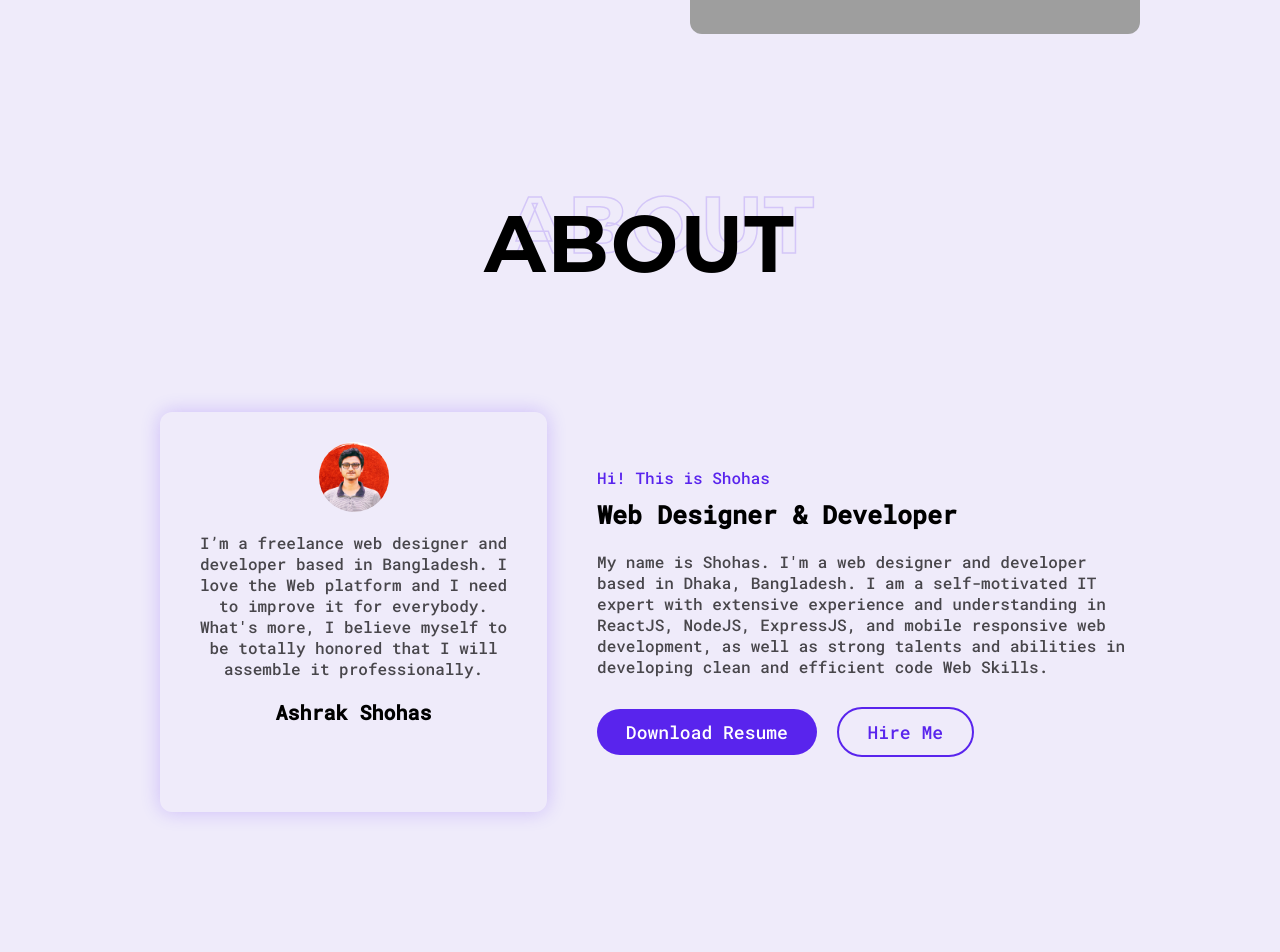
Repository: AshrakShohas/AshrakShohas.github.io
Page: index.html
These files come from the project's save history. The page is drawn as it stood at one moment and after a run of saves; the edit follows.
The browser window is 1280 px wide. The pictures show the part of the page from y = 675 to 1627 px (the page is 7687 px tall).
Pictures or frames that could not be fetched are drawn as grey boxes. A picture or video elsewhere on the page could not be fetched, so the positions and the page height are approximate.

Above is the page before, as saved 2022-02-25 16:41:40.

### index.html
<!DOCTYPE html>
<html lang="en">

<head>
  <meta charset="UTF-8">
  <meta name="viewport" content="width=device-width, initial-scale=1.0">
  <title>Shohas - Portfolio</title>
  <link rel="shortcut icon" href="./image/favicon.ico" type="image/x-icon">
  <link rel="stylesheet" href="style.css">
</head>

<body>
  <!-- Scroll Top Button -->
  <div class="scroll-top">
    <svg xmlns="http://www.w3.org/2000/svg" fill="none" viewBox="0 0 24 24" stroke="currentColor">
      <path stroke-linecap="round" stroke-linejoin="round" stroke-width="2" d="M8 7l4-4m0 0l4 4m-4-4v18" />
    </svg>
  </div>
  <!-- Navigation -->
  <section id="navigation">
    <div class="nav-icon">
      <svg xmlns="http://www.w3.org/2000/svg" fill="none" viewBox="0 0 24 24" stroke="currentColor">
        <path stroke-linecap="round" stroke-linejoin="round" stroke-width="1" d="M4 6h16M4 12h16M4 18h16" />
      </svg>
    </div>
  </section>
  <div id="nav-content">
    <div class="close-btn">
      <svg xmlns="http://www.w3.org/2000/svg" fill="none" viewBox="0 0 24 24" stroke="currentColor">
        <path stroke-linecap="round" stroke-linejoin="round" stroke-width="2" d="M6 18L18 6M6 6l12 12" />
      </svg>
    </div>
    <div class="wrapper">
      <h2 class="section-heading">Menu</h2>
      <nav>
        <ul>
          <li><a data-text="Home" href="./index.html#hero">Home</a></li>
          <li><a data-text="About" href="./index.html#about">About</a></li>
          <li><a data-text="Projects" href="./index.html#projects">Projects</a></li>
          <li><a data-text="Testimonial" href="./index.html#testimonial">Testimonial</a></li>
          <li><a data-text="Contact" href="./contact.html">Contact</a></li>
        </ul>
      </nav>
    </div>
  </div>

  <!-- Hero section -->
  <section id="hero">
    <div class="container">
      <div class="left">
        <p class="subheading">I'm Shohas</p>
        <h2 class="heading">
          <div class="wrapper"><span>Keep</span></div>
          <div class="wrapper"><span>Moving</span></div>
          <div class="wrapper"><span>Forward</span></div>
        </h2>
        <p class="desc">Let us take you into a deeper experience, make a moment a lasting conveyable memory. Let us help
          build your tribe.</p>
        <div class="buttons">
          <a href="#projects" class="primary-btn">See My Works</a>
          <a href="#">
            <svg xmlns="http://www.w3.org/2000/svg" fill="none" viewBox="0 0 24 24" stroke="currentColor">
              <path stroke-linecap="round" stroke-linejoin="round" stroke-width="1"
                d="M14.752 11.168l-3.197-2.132A1 1 0 0010 9.87v4.263a1 1 0 001.555.832l3.197-2.132a1 1 0 000-1.664z" />
              <path stroke-linecap="round" stroke-linejoin="round" stroke-width="1"
                d="M21 12a9 9 0 11-18 0 9 9 0 0118 0z" />
            </svg>
          </a>
        </div>
      </div>
      <div class="right">
        <img src="./image/Untitled design (9).png" alt="">
      </div>
    </div>
  </section>

  <!-- About -->
  <section id="about">
    <div class="container">
      <h2 class="section-heading" data-outline="about">About</h2>
      <div class="wrapper">
        <div class="left">
          <div class="card">
            <div class="img">
              <img src="./image/profile.jpg" alt="">
            </div>
            <p class="card-desc">I’m a freelance web designer and developer based in Bangladesh. I love the Web platform
              and I need to improve it for
              everybody. What's more, I believe myself to be totally honored that I will assemble it professionally.</p>
            <h3 class="card-name">Ashrak Shohas</h3>
            <p class="card-sub-title"></p>
          </div>
        </div>
        <div class="right">
          <p class="subheading">Hi! This is Shohas</p>
          <h2 class="slogan">Web Designer & Developer</h2>
          <p class="right-text">My name is Shohas. I'm a web designer and developer based in Dhaka, Bangladesh.

            I am a self-motivated IT expert with extensive experience and understanding in ReactJS, NodeJS, ExpressJS,
            and mobile responsive web development, as well as strong talents and abilities in developing clean and
            efficient code Web Skills.
          </p>
          <div class="buttons">
            <a href="./resume.pdf" class="primary-btn" download="">Download Resume</a>
            <a href="./contact.html" class="primary-btn outline">Hire Me</a>
          </div>
        </div>
      </div>
    </div>
  </section>

  <!-- projects -->
  <section id="projects">
    <div class="container">
      <h2 class="section-heading" data-outline="Projects">Projects</h2>
      <div class="all-items">
        <div class="item">
          <div class="left">
            <div class="img">
              <img src="./image/project-1.png" alt="">
            </div>
          </div>
          <div class="right">
            <h2 class="project-title">Bike-Store</h2>
            <h3 class="project-sub-title">Responsive MERN Stack app</h3>
            <p class="project-desc">Technology Used: React, Tailwind CSS, Firebase Hosting, CSS, Nodejs, Express Js,
              MongoDB, Heroku.
              Implemented Authentication System with Firebase. Dashboard and CRUD operation.</p>
            <div class="buttons">
              <a href="https://github.com/AshrakShohas/Bike-store-MERN-stack-App-server-side-" class="primary-btn">Know
                More</a>
              <a href="https://bikestore-9e033.web.app/" class="primary-btn outline external-link"> <span>Preview</span>
                <svg xmlns="http://www.w3.org/2000/svg" fill="none" viewBox="0 0 24 24" stroke="currentColor">
                  <path stroke-linecap="round" stroke-linejoin="round" stroke-width="2"
                    d="M10 6H6a2 2 0 00-2 2v10a2 2 0 002 2h10a2 2 0 002-2v-4M14 4h6m0 0v6m0-6L10 14" />
                </svg>
              </a>
            </div>

          </div>
        </div>
        <div class="item">
          <div class="left">
            <div class="img">
              <img src="./image/project-3.png" alt="">
            </div>
          </div>
          <div class="right">
            <h2 class="project-title">Travel Agency
            </h2>
            <h3 class="project-sub-title">Fully Responsive for mobile, tablet, and desktop version.
            </h3>
            <p class="project-desc">Implemented user dashboard and CRUD operation.
              Technology Used: React, React Bootstrap, React Router, React Spinners, Firebase, Heroku, Firebase, CSS.
            </p>
            <div class="buttons">
              <a href="https://github.com/AshrakShohas/Travel-agency-client-side-" class="primary-btn">Know More</a>
              <a href="https://travel-agency-bcd57.web.app/" class="primary-btn outline external-link">
                <span>Preview</span>
                <svg xmlns="http://www.w3.org/2000/svg" fill="none" viewBox="0 0 24 24" stroke="currentColor">
                  <path stroke-linecap="round" stroke-linejoin="round" stroke-width="2"
                    d="M10 6H6a2 2 0 00-2 2v10a2 2 0 002 2h10a2 2 0 002-2v-4M14 4h6m0 0v6m0-6L10 14" />
                </svg>
              </a>
            </div>
          </div>
        </div>
        <div class="item">
          <div class="left">
            <div class="img">
              <img src="./image/project-2.png" alt="">
            </div>
          </div>
          <div class="right">
            <h2 class="project-title">Health Care Website</h2>
            <h3 class="project-sub-title">Fully Responsive for mobile, tablet, and desktop versions.</h3>
            <p class="project-desc">Implemented two Authentication systems, email-password, and Google Sign-in.
              Technology Used: React, Tailwind CSS, React Router, CSS, Firebase Authentication, Firebase Hosting.</p>
            <div class="buttons">
              <a href="https://github.com/AshrakShohas/Healthcare-Website-" class="primary-btn">Know More</a>
              <a href="https://health-center-64a51.web.app/home" class="primary-btn outline external-link">
                <span>Preview</span>
                <svg xmlns="http://www.w3.org/2000/svg" fill="none" viewBox="0 0 24 24" stroke="currentColor">
                  <path stroke-linecap="round" stroke-linejoin="round" stroke-width="2"
                    d="M10 6H6a2 2 0 00-2 2v10a2 2 0 002 2h10a2 2 0 002-2v-4M14 4h6m0 0v6m0-6L10 14" />
                </svg>
              </a>
            </div>
          </div>
        </div>
      </div>
    </div>
  </section>


  <!-- services Section -->
  <section id="services">
    <div class="container">
      <h2 class="section-heading" data-outline="Services">Education</h2>
      <div class="all-items">
        <div class="item">
          <div class="icon">
            <!--             <svg xmlns="https://c.neh.tw/thumb/f/720/m2i8d3Z5G6b1Z5d3.jpg" fill="none" viewBox="0 0 24 24" stroke="currentColor">
              <path stroke-linecap="round" stroke-linejoin="round" stroke-width="1"
                d="M9.75 17L9 20l-1 1h8l-1-1-.75-3M3 13h18M5 17h14a2 2 0 002-2V5a2 2 0 00-2-2H5a2 2 0 00-2 2v10a2 2 0 002 2z" />
            </svg> -->
          </div>
          <h3 class="item-heading">Daffodil International University</h3>
          <p class="item-desc">B.sc. in Computer Science & Engineering|| May 2018 – Present || CGPA: 3.72 </p>
        </div>
        <div class="item">
          <div class="icon">
            <!--             <svg xmlns="http://www.w3.org/2000/svg" fill="none" viewBox="0 0 24 24" stroke="currentColor">
              <path stroke-linecap="round" stroke-linejoin="round" stroke-width="1"
                d="M19.428 15.428a2 2 0 00-1.022-.547l-2.387-.477a6 6 0 00-3.86.517l-.318.158a6 6 0 01-3.86.517L6.05 15.21a2 2 0 00-1.806.547M8 4h8l-1 1v5.172a2 2 0 00.586 1.414l5 5c1.26 1.26.367 3.414-1.415 3.414H4.828c-1.782 0-2.674-2.154-1.414-3.414l5-5A2 2 0 009 10.172V5L8 4z" />
            </svg> -->
          </div>
          <h3 class="item-heading">Notre Dame College</h3>
          <p class="item-desc">Completed My HSC With GPA 4.5|| 2017 </p>
        </div>
        <div class="item">
          <div class="icon">
            <!--             <svg xmlns="http://www.w3.org/2000/svg" fill="none" viewBox="0 0 24 24" stroke="currentColor">
              <path stroke-linecap="round" stroke-linejoin="round" stroke-width="1"
                d="M10 21h7a2 2 0 002-2V9.414a1 1 0 00-.293-.707l-5.414-5.414A1 1 0 0012.586 3H7a2 2 0 00-2 2v11m0 5l4.879-4.879m0 0a3 3 0 104.243-4.242 3 3 0 00-4.243 4.242z" />
            </svg> -->
          </div>
          <h3 class="item-heading">Cantonment Public School & College</h3>
          <p class="item-desc">Completed My HSC With GPA 5.0|| 2015</p>
        </div>
      </div>
    </div>
  </section>
  <!-- services Section -->
  <section id="services">
    <div class="container">
      <h2 class="section-heading" data-outline="Services">Services</h2>
      <div class="all-items">
        <div class="item">
          <div class="icon">
            <svg xmlns="http://www.w3.org/2000/svg" fill="none" viewBox="0 0 24 24" stroke="currentColor">
              <path stroke-linecap="round" stroke-linejoin="round" stroke-width="1"
                d="M9.75 17L9 20l-1 1h8l-1-1-.75-3M3 13h18M5 17h14a2 2 0 002-2V5a2 2 0 00-2-2H5a2 2 0 00-2 2v10a2 2 0 002 2z" />
            </svg>
          </div>
          <h3 class="item-heading">Web Designer & Developer</h3>
          <p class="item-desc">I build up the high performance website with blazing fast speed. Website with high
            performance can lead the visitor more. </p>
        </div>
        <div class="item">
          <div class="icon">
            <svg xmlns="http://www.w3.org/2000/svg" fill="none" viewBox="0 0 24 24" stroke="currentColor">
              <path stroke-linecap="round" stroke-linejoin="round" stroke-width="1"
                d="M19.428 15.428a2 2 0 00-1.022-.547l-2.387-.477a6 6 0 00-3.86.517l-.318.158a6 6 0 01-3.86.517L6.05 15.21a2 2 0 00-1.806.547M8 4h8l-1 1v5.172a2 2 0 00.586 1.414l5 5c1.26 1.26.367 3.414-1.415 3.414H4.828c-1.782 0-2.674-2.154-1.414-3.414l5-5A2 2 0 009 10.172V5L8 4z" />
            </svg>
          </div>
          <h3 class="item-heading">Content Writing</h3>
          <p class="item-desc">I do ui/ux design for the website that assists website to get an outstanding look. Unique
            design creates an unique personality for websites.</p>
        </div>
        <div class="item">
          <div class="icon">
            <svg xmlns="http://www.w3.org/2000/svg" fill="none" viewBox="0 0 24 24" stroke="currentColor">
              <path stroke-linecap="round" stroke-linejoin="round" stroke-width="1"
                d="M10 21h7a2 2 0 002-2V9.414a1 1 0 00-.293-.707l-5.414-5.414A1 1 0 0012.586 3H7a2 2 0 00-2 2v11m0 5l4.879-4.879m0 0a3 3 0 104.243-4.242 3 3 0 00-4.243 4.242z" />
            </svg>
          </div>
          <h3 class="item-heading">SEO</h3>
          <p class="item-desc">With SEO, your business wants to increase its visibility in search results on search
            engines. I also provide SEO services
            to rank your website.</p>
        </div>
      </div>
    </div>
  </section>

  <!-- Achievement Section -->
  <section id="testimonial">
    <div class="container">
      <h1 class="section-heading" data-outline="Testimonial">Achievements </h1>
      <div class="all-items">
        <div class="item">
          <div class="img">
            <img src="./image/hd-gold-black-certificate-logo-transparent-png-31625761576hadwkhbj6t.png" alt="">
          </div>
          <h3 class="testimonial-heading">Certificates</h3>
          <p class="testimonial-sub-heading">Online Courses</p>
          <div class="icon">
            <svg xmlns="http://www.w3.org/2000/svg" fill="none" viewBox="0 0 24 24" stroke="currentColor">
              <path stroke-linecap="round" stroke-linejoin="round" stroke-width="2"
                d="M7 8h10M7 12h4m1 8l-4-4H5a2 2 0 01-2-2V6a2 2 0 012-2h14a2 2 0 012 2v8a2 2 0 01-2 2h-3l-4 4z" />
            </svg>
          </div>
          <p class="testimonial-desc">Certificates From Coursera, Udemy , OneMonth & Jhankar Mahbub.
            <li><a href="https://drive.google.com/drive/u/1/folders/1qRdvszK5FJDkRNUaaFgBO82OFnV9z-Ll">View</a></li>
          </p>
        </div>
        <div class="item">
          <div class="img">
            <img src="./image/arfan.webp" alt="">
          </div>
          <h3 class="testimonial-heading">Publication</h3>
          <p class="testimonial-sub-heading">journal</p>
          <div class="icon">
            <svg xmlns="http://www.w3.org/2000/svg" fill="none" viewBox="0 0 24 24" stroke="currentColor">
              <path stroke-linecap="round" stroke-linejoin="round" stroke-width="2"
                d="M7 8h10M7 12h4m1 8l-4-4H5a2 2 0 01-2-2V6a2 2 0 012-2h14a2 2 0 012 2v8a2 2 0 01-2 2h-3l-4 4z" />
            </svg>
          </div>
          <p class="testimonial-desc">Assessing Machine Learning Methods for Predicting Diabetes among Pregnant Women
            <li><a href="http://ijalsr.org/index.php/journal/article/view/141">View</a></li>
          </p>
        </div>
        <div class="item">
          <div class="img">
            <img src="" alt="">
          </div>
          <h3 class="testimonial-heading">Coming Up</h3>
          <p class="testimonial-sub-heading">Coming up</p>
          <div class="icon">
            <svg xmlns="http://www.w3.org/2000/svg" fill="none" viewBox="0 0 24 24" stroke="currentColor">
              <path stroke-linecap="round" stroke-linejoin="round" stroke-width="2"
                d="M7 8h10M7 12h4m1 8l-4-4H5a2 2 0 01-2-2V6a2 2 0 012-2h14a2 2 0 012 2v8a2 2 0 01-2 2h-3l-4 4z" />
            </svg>
          </div>
          <p class="testimonial-desc">see you soon
          </p>
        </div>
      </div>
    </div>
  </section>

  <!-- stats Section -->
  <section id="stats">
    <div class="container">
      <h2 class="section-heading" data-outline="Stats">Experiences </h2>
      <div class="all-items">
        <div class="item">
          <h2 class="number">10+</h2>
          <h3 class="stats-sub-heading">Projects done</h3>
          <p>I know how to make things fascinating and eye-catching. Making high
            performance website is always a sign of mine.</p>
        </div>
        <div class="item">
          <h4 class="number">Part Time Job</h4>
          <h3 class="stats-sub-heading">VoktaKantho/Webio</h3>
          <p>I managed & had the role of editor on their News Portal. VoktaKantho Works Under CAB.
            Webio is a IT Solution Group where they manage websites and marketing those website as their client
            requires.
            <li><a href="https://drive.google.com/drive/u/1/folders/1k0TVStNXyULyA9ro-Y70C20N8Hh3bitf">View</a></li>
          </p>
        </div>
        <div class="item">
          <h2 class="number">2+</h2>
          <h3 class="stats-sub-heading">Years experience</h3>
          <p>In wordpress & Content Writting.</p>
        </div>
      </div>
    </div>
  </section>
  <!-- END Stats Section -->





  <!-- Footer Section -->
  <section id="footer">
    <div class="container">
      <footer>
        <div class="col-1">
          <div class="logo"><a href="https://ashraks97.netlify.app/">
              <img src="./image/light-logo.svg" alt="">
            </a></div>
          <p>A freelance web designer and developer from Mymensingh, Bangladesh. I generally make websites that have
            extraordinary
            designs and also have a good performance rate. </p>
        </div>
        <div class="col-2">
          <h2 class="column-heading">Important<br>Links</h2>
          <ul>
            <li><a href="./index.html#home">Home</a></li>
            <li><a href="./index.html#about">About</a></li>
            <li><a href="./contact.html">Contact</a></li>
            <li><a href="./index.html#Project">Project</a></li>
            <li><a href="./index.html#testimonial">Achievement</a></li>
          </ul>
        </div>
        <div class="col-3">
          <h2 class="column-heading">Contact<br>Info</h2>
          <ul>
            <li><a href="ashraks97@gmail.com">ashraks97@gmail.com</a></li>
            <li><a href="#">o1000000</a></li>
            <li><a href="#">Mymensingh, Bangladesh</a></li>
          </ul>
        </div>
        <div class="basr-social-share social">
          <ul class="">
            <li>
              <a class="facebook" href="https://www.facebook.com/ashrak.shohas.3">
                <i class="fa fa-facebook"></i>
                <span>Facebook</span>
              </a>
            </li>

            <li>
              <a class="twitter"
                href="https://twitter.com/AShohas?fbclid=IwAR1wJEKfvMxc_9GjEbw-KUJ-_msx-wcb89Axus9vgFRXGieDI6vDETRX0Co">
                <i class="fa fa-twitter"></i>
                <span>Twitter</span>
              </a>
            </li>

            <li>
              <a class="medium" href="https://evilarif97.medium.com/">
                <i class="fa fa-medium" aria-hidden="true"></i>
                <span>Medium</span>
              </a>
            </li>

            <li>
              <a class="linkedin"
                href="https://www.linkedin.com/in/ashrak-shohas-901771166/?fbclid=IwAR28bIMkJAqwvL_GSN9Ktl8A26GMRR4nlDJz0wEGXKWrKNfYwfekxZhDPvo">
                <i class="fa fa-linkedin"></i>
                <span>Linkedin</span>
              </a>
            </li>

            <li>
              <a class="Github"
                href="https://github.com/AshrakShohas?fbclid=IwAR2x73VLx0RpH87OmU0rBct_6V1zD_2iU5WGDyFTdGXx7i-eUEGOJi93848">
                <i class="fa fa-github" style="font-size:24px"></i>
                <span>Github</span>
              </a>
            </li>
            <li>
              <a class="Google Scholar" href="https://scholar.google.com/citations?user=sVJBy6UAAAAJ&hl=en&authuser=2">
                <i class="fa fa-google Scholar" style="font-size:24px"></i>
                <span>Google Scholar</span>
              </a>
            </li>
          </ul>
        </div>
      </footer>
    </div>
  </section>
  <section id="copyright">
    <div class="container">
      <p> &copy; Copyright 2022 Ashrak. All right Reserved</p>
    </div>
  </section>

  <script src="./app.js"></script>
</body>

</html>

Loaded but not shown: app.js (36 lines, source omitted); style.css (1025 lines, source omitted)

After the next 2 saves:
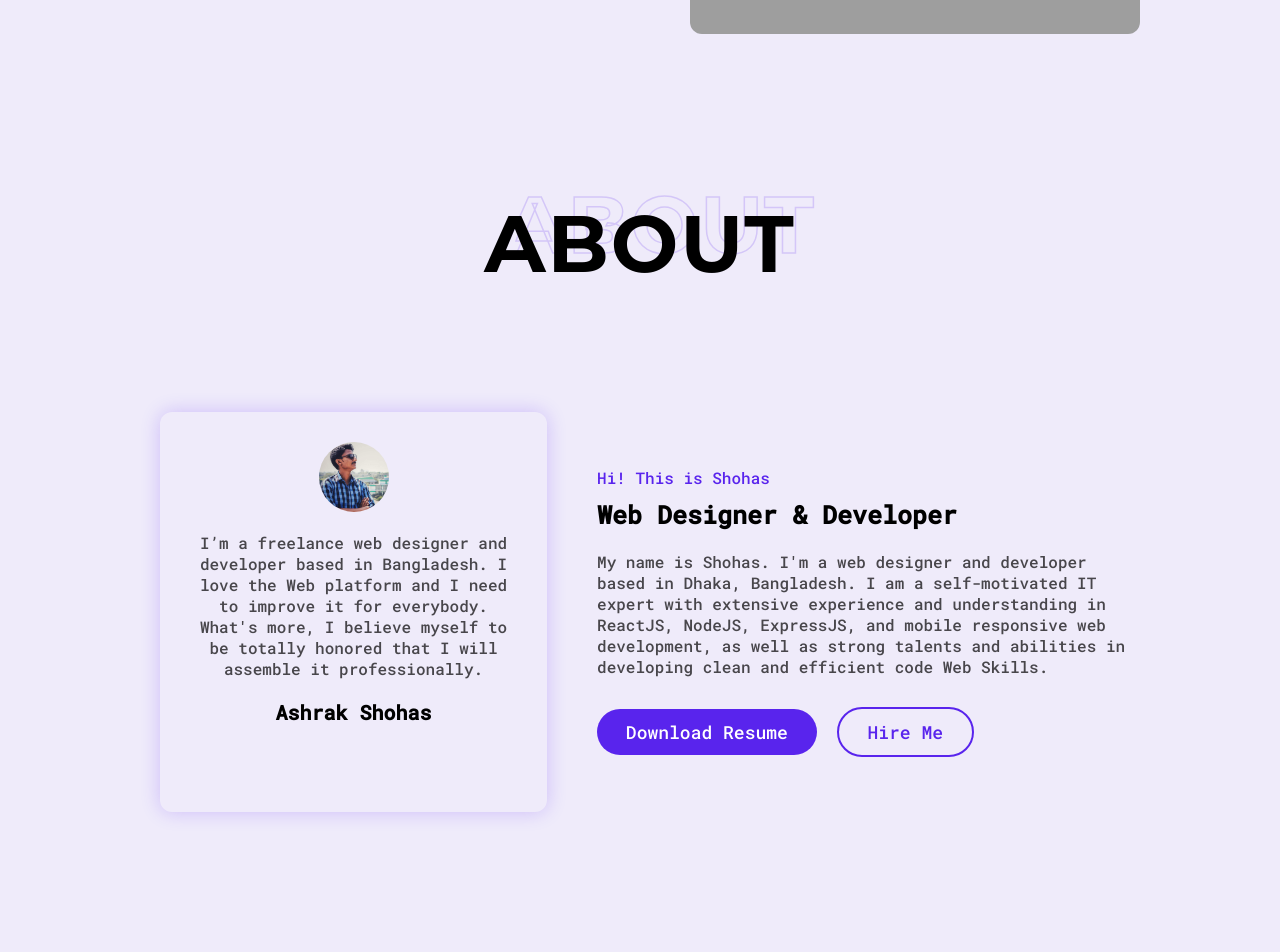
The 2 saves are shown as one change because they came seconds apart.
The last was saved 8 s later.
--- a/index.html
+++ b/index.html
@@ -82,7 +82,7 @@
         <div class="left">
           <div class="card">
             <div class="img">
-              <img src="./image/profile.jpg" alt="">
+              <img src="./image/FB_IMG_1592131828831.jpg" alt="">
             </div>
             <p class="card-desc">I’m a freelance web designer and developer based in Bangladesh. I love the Web platform
               and I need to improve it for
